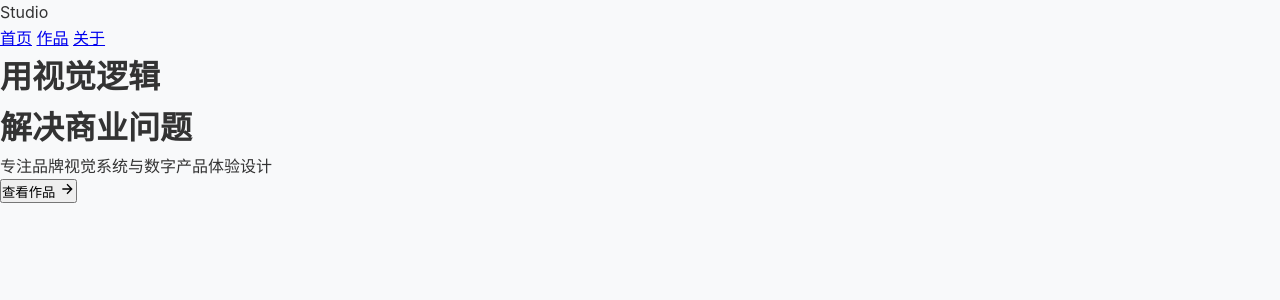
Repository: Nanzhexi/zhexi.github.io
Page: index.html
These files come from the project's save history. The page is drawn as it stood at one moment and after the next save; the edit follows.
The browser window is 1280 px wide. The pictures show the whole page.

Above is the page before, as saved 2025-07-03 03:16:25.

### index.html
<!DOCTYPE html>
<html lang="zh-CN">
<head>
    <meta charset="UTF-8">
    <meta name="viewport" content="width=device-width, initial-scale=1.0">
    <title>设计工作室</title>
    <link rel="stylesheet" href="./css/index.css">
    <link rel="preconnect" href="https://fonts.googleapis.com">
    <link rel="preconnect" href="https://fonts.gstatic.com" crossorigin>
    <link href="https://fonts.googleapis.com/css2?family=Inter:wght@300;400;500;600;700&display=swap" rel="stylesheet">
</head>

<body>
    <nav class="navbar">
        <div class="nav-brand">Studio</div>
        <div class="nav-links">
            <a href="#" class="nav-link active">首页</a>
            <a href="#" class="nav-link">作品</a>
            <a href="#" class="nav-link">关于</a>
        </div>
    </nav>

    <main class="hero">
        <div class="hero-content">
            <h1 class="hero-title">
                用<span class="highlight">视觉逻辑</span><br>
                解决商业问题
            </h1>
            <p class="hero-subtitle">
                专注品牌视觉系统与数字产品体验设计
            </p>
            <button class="cta-button">
                查看作品
                <svg width="16" height="16" viewBox="0 0 24 24" fill="none" stroke="currentColor" stroke-width="2">
                    <path d="M5 12h14M12 5l7 7-7 7"/>
                </svg>
            </button>
        </div>
    </main>
</body>
</html>

### css/index.css
* {
    margin: 0;
    padding: 0;
    box-sizing: border-box;
}

body {
    font-family: -apple-system, BlinkMacSystemFont, 'Segoe UI', 'PingFang SC', 'Hiragino Sans GB', 'Microsoft YaHei', sans-serif;
    background-color: #f8f9fa;
    color: #333;
    line-height: 1.6;
}

#app {
    width: 100%;
}

/* Header Styles */
header {
    background-color: #ffffff;
    box-shadow: 0 1px 3px rgba(0, 0, 0, 0.1);
    position: fixed;
    top: 0;
    left: 0;
    right: 0;
    z-index: 1000;
    display: flex;
    justify-content: space-between;
    align-items: center;
    max-width: 1200px;
    margin: 0 auto;
    padding: 0 20px;
    height: 60px;
}

.head_left {
    font-size: 18px;
    font-weight: 600;
    color: #333;
}

.head_nav ul {
    display: flex;
    list-style: none;
    gap: 40px;
    margin: 0;
    padding: 0;
}

.head_nav ul li a {
    color: #666;
    text-decoration: none;
    font-size: 14px;
    font-weight: 400;
    transition: color 0.3s ease;
    padding-bottom: 2px;
}

.head_nav ul li a:hover {
    color: #0F53FF;
}

/* Main Content */
.zuopin {
    min-height: 100vh;
    display: flex;
    align-items: center;
    justify-content: center;
    background-color: #f8f9fa;
    padding-top: 60px;
}

.zuop_box {
    max-width: 800px;
    margin: 0 auto;
    padding: 0 20px;
    text-align: center;
}

.zuop_box h1 {
    font-size: 48px;
    font-weight: 700;
    color: #333;
    margin-bottom: 24px;
    line-height: 1.2;
}

.zuop_box p {
    font-size: 16px;
    color: #666;
    margin-bottom: 40px;
    line-height: 1.8;
    max-width: 600px;
    margin-left: auto;
    margin-right: auto;
    margin-bottom: 40px;
}

.zuop_button {
    background-color: #0F53FF;
    color: white;
    border: none;
    padding: 14px 32px;
    font-size: 16px;
    font-weight: 500;
    border-radius: 6px;
    cursor: pointer;
    transition: background-color 0.3s ease, transform 0.2s ease;
    display: inline-block;
}

.zuop_button:hover {
    background-color: #0d47e6;
    transform: translateY(-1px);
}

.zuop_button:active {
    transform: translateY(0);
}

/* Responsive Design */
@media (max-width: 768px) {
    header {
        padding: 0 16px;
    }

    .head_nav ul {
        gap: 24px;
    }

    .zuop_box h1 {
        font-size: 36px;
    }

    .zuop_box p {
        font-size: 14px;
    }

    .zuop_box {
        padding: 0 16px;
    }
}

@media (max-width: 480px) {
    .zuop_box h1 {
        font-size: 28px;
    }

    .head_nav ul {
        gap: 16px;
    }

    .head_nav ul li a {
        font-size: 13px;
    }
}

After the next save:
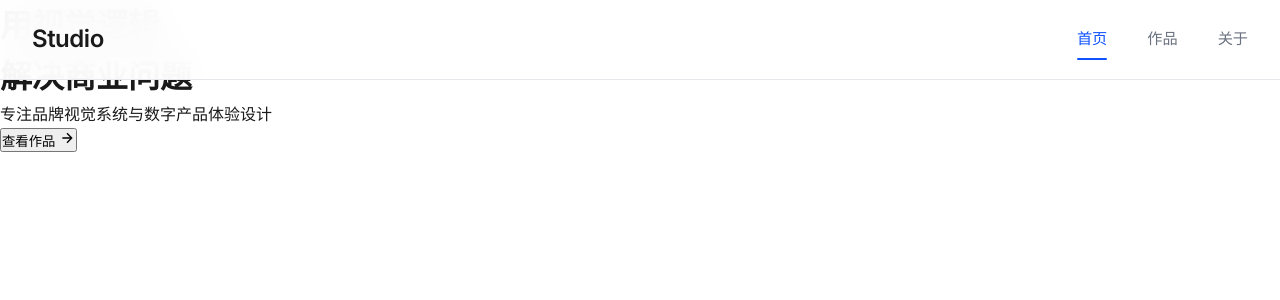
Saved 23 s later.
--- a/css/index.css
+++ b/css/index.css
@@ -1,3 +1,13 @@
+:root {
+    --primary-color: #0F53FF;
+    --text-primary: #1a1a1a;
+    --text-secondary: #6b7280;
+    --background: #ffffff;
+    --surface: #fafafa;
+    --border: #e5e7eb;
+    --shadow: 0 1px 3px 0 rgba(0, 0, 0, 0.1), 0 1px 2px 0 rgba(0, 0, 0, 0.06);
+}
+
 * {
     margin: 0;
     padding: 0;
@@ -5,59 +15,69 @@
 }
 
 body {
-    font-family: -apple-system, BlinkMacSystemFont, 'Segoe UI', 'PingFang SC', 'Hiragino Sans GB', 'Microsoft YaHei', sans-serif;
-    background-color: #f8f9fa;
-    color: #333;
+    font-family: 'Inter', -apple-system, BlinkMacSystemFont, 'Segoe UI', sans-serif;
+    background-color: var(--background);
+    color: var(--text-primary);
     line-height: 1.6;
+    font-weight: 400;
+    -webkit-font-smoothing: antialiased;
+    -moz-osx-font-smoothing: grayscale;
 }
 
-#app {
-    width: 100%;
-}
-
-/* Header Styles */
-header {
-    background-color: #ffffff;
-    box-shadow: 0 1px 3px rgba(0, 0, 0, 0.1);
+/* Navigation */
+.navbar {
     position: fixed;
     top: 0;
     left: 0;
     right: 0;
     z-index: 1000;
+    background: rgba(255, 255, 255, 0.95);
+    backdrop-filter: blur(20px);
+    border-bottom: 1px solid var(--border);
+    padding: 0 2rem;
+    height: 80px;
     display: flex;
+    align-items: center;
     justify-content: space-between;
-    align-items: center;
-    max-width: 1200px;
+    max-width: 1400px;
     margin: 0 auto;
-    padding: 0 20px;
-    height: 60px;
 }
 
-.head_left {
-    font-size: 18px;
+.nav-brand {
+    font-size: 1.5rem;
     font-weight: 600;
-    color: #333;
+    color: var(--text-primary);
+    letter-spacing: -0.02em;
 }
 
-.head_nav ul {
+.nav-links {
     display: flex;
-    list-style: none;
-    gap: 40px;
-    margin: 0;
-    padding: 0;
+    gap: 2.5rem;
 }
 
-.head_nav ul li a {
-    color: #666;
+.nav-link {
+    color: var(--text-secondary);
     text-decoration: none;
-    font-size: 14px;
-    font-weight: 400;
-    transition: color 0.3s ease;
-    padding-bottom: 2px;
+    font-size: 0.95rem;
+    font-weight: 500;
+    transition: all 0.3s cubic-bezier(0.4, 0, 0.2, 1);
+    position: relative;
 }
 
-.head_nav ul li a:hover {
-    color: #0F53FF;
+.nav-link:hover,
+.nav-link.active {
+    color: var(--primary-color);
+}
+
+.nav-link.active::after {
+    content: '';
+    position: absolute;
+    bottom: -8px;
+    left: 0;
+    right: 0;
+    height: 2px;
+    background: var(--primary-color);
+    border-radius: 1px;
 }
 
 /* Main Content */
